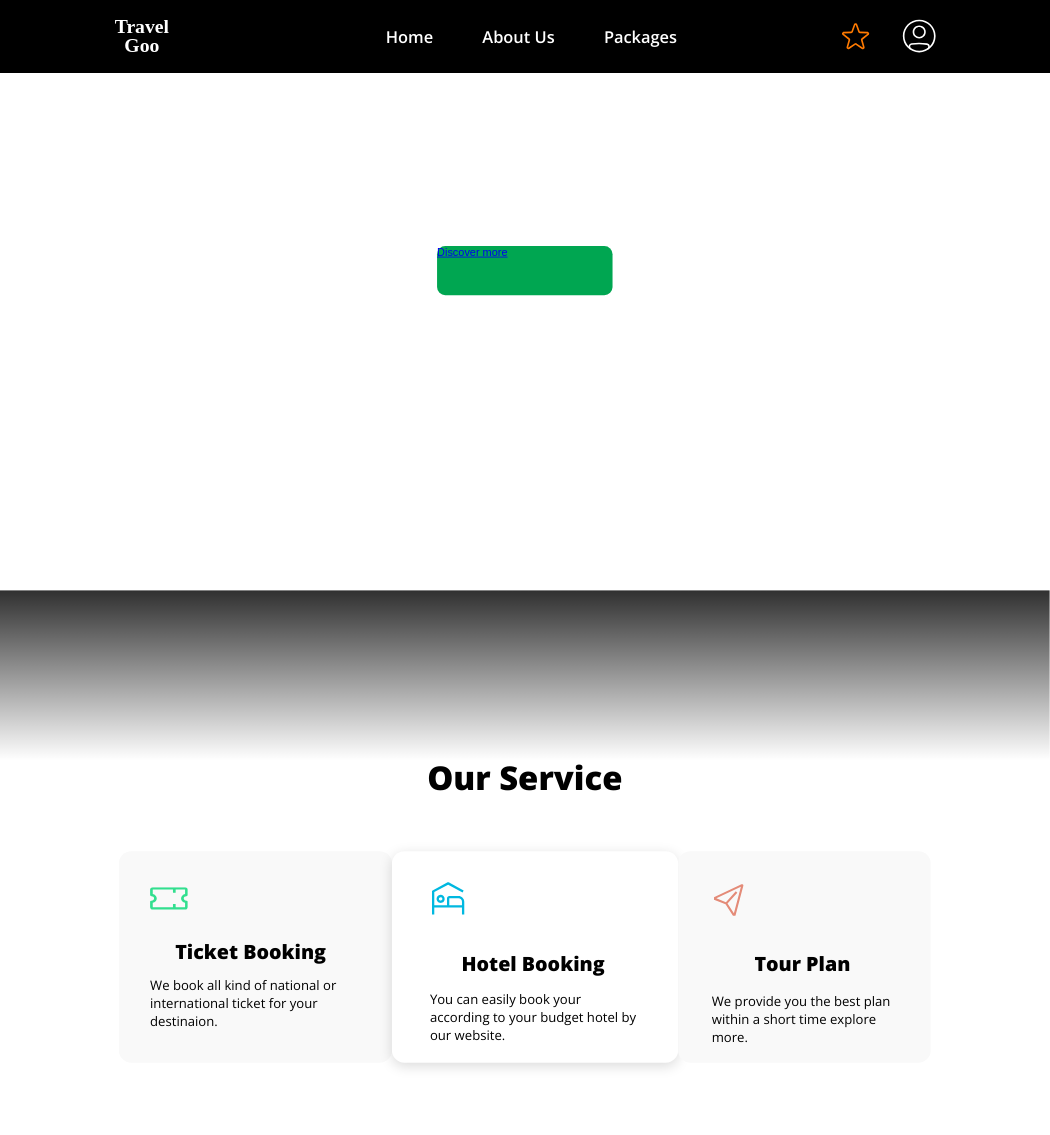
Repository: simralgasimov/back-project
Page: index.html
These files come from the project's save history. The page is drawn as it stood at one moment and after a run of saves; the edit follows.
The browser window is 1280 px wide. The pictures show the whole page, at 82% of full size.
Some web fonts or font styles are not loaded; a fallback is used.

Above is the page before, as saved 2023-09-27 13:35:23.

After the next 3 saves:
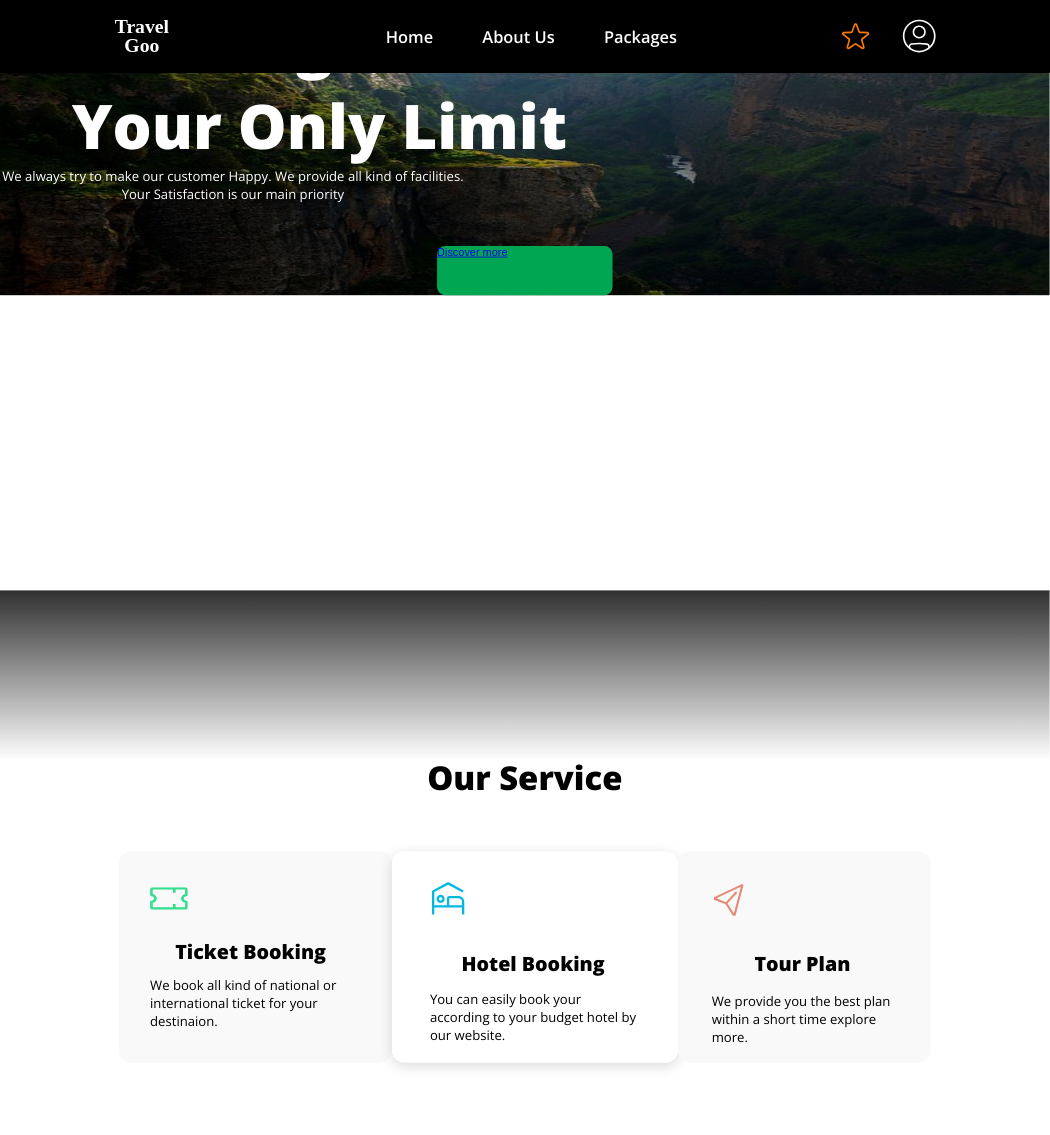
The 3 saves are shown as one change because they came seconds apart.
The last was saved 14 s later.
--- a/index.css
+++ b/index.css
@@ -25,7 +25,11 @@
   top: 0;
   background-color: black;
 }
-
+.container-1{
+  background-image: url("./canyon-1740973_640.jpg");
+  background-repeat: no-repeat;
+  background-size: 100% 100%;
+}
 .container .navbar .logo {
   width: 76px;
   color: #fff;
